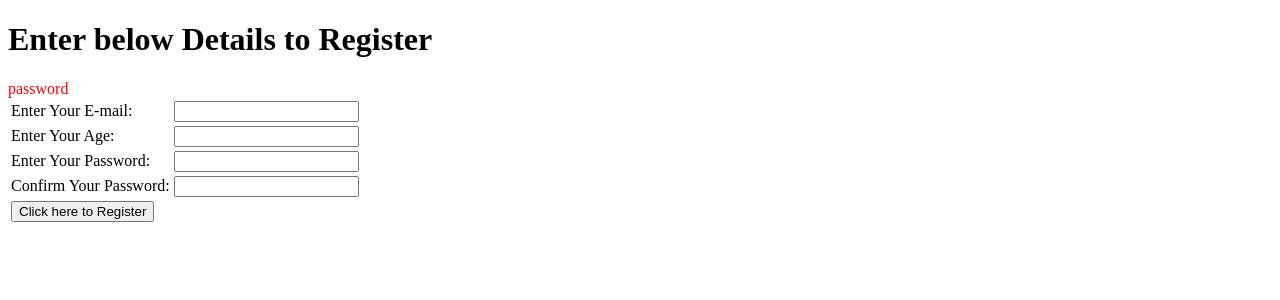
Repository: royalnavghans/JavaFullStackGit
Page: http://localhost/SpringAss2/WEB-INF/Register.jsp
An editor plug-in stored every save of this project. The page is shown before and after the next save, followed by the edit.
The browser window is 1280 px wide. The pictures show the whole page.
The page is served by Tomcat 9. Nobody is signed in. Other server files are loaded and not shown. The template is opened directly, without the code that normally fills it, so the values that code supplies are empty.

Above is the page before, as saved 2022-12-04 10:40:43.

### RoyalSpringProjects/RoyalSpringProjects/SpringAss2/src/main/webapp/WEB-INF/Register.jsp
<%@ page language="java" contentType="text/html; charset=ISO-8859-1"
	pageEncoding="ISO-8859-1"%>
<%@ taglib prefix="form" uri="http://www.springframework.org/tags/form"%>
<!DOCTYPE html>
<html>
<head>
<meta charset="ISO-8859-1">
<title>Insert title here</title>
</head>
<style type="text/css">
.error {
	color: red

}
.red{
color:red;}
</style>
<body>
	<h1>Enter below Details to Register</h1>
	<table>
		<tbody>
			<form:form action="validate" modelAttribute="cust">
				<tr>
					<td><form:label path="Email">Enter Your E-mail:</form:label></td>

					<td><form:input path="Email" /></td>
				</tr>
				<form:errors path="Email" cssClass="error" />
				<tr>
					<td><form:label path="Age">Enter Your Age:</form:label></td>

					<td><form:input path="Age" /></td>
				</tr>
				<form:errors path="Age" cssClass="error" />
				<tr>
					<td><form:label path="Password">Enter Your Password:</form:label></td>

					<td><form:input path="Password" /></td><span class="red">password</span>
				</tr>
				<form:errors path="Password" cssClass="error" />
				<tr>
					<td><form:label path="ConfrmPassword">Confirm Your Password: </form:label></td>

					<td><form:input path="ConfrmPassword" /></td>
				</tr>
				<form:errors path="ConfrmPassword" cssClass="error" />
				<tr>
					<td><input type="submit" value="Click here to Register"></td>
				</tr>
			</form:form>
		</tbody>
	</table>
</body>
</html>

After the next save:
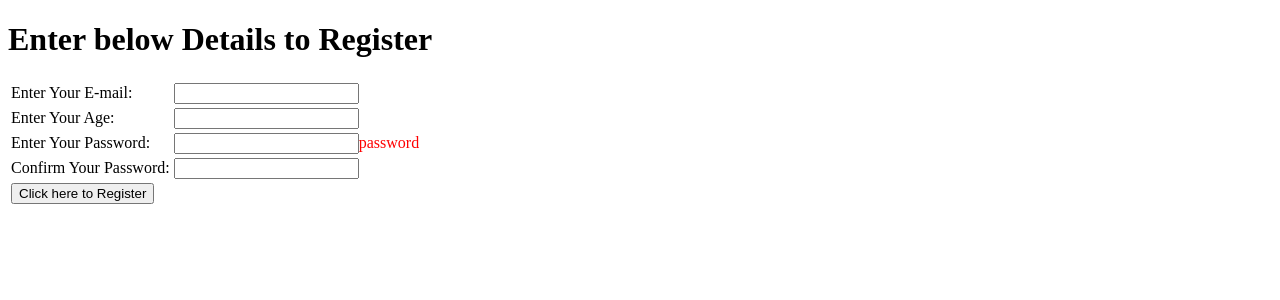
Saved 31 s later.
--- a/RoyalSpringProjects/RoyalSpringProjects/SpringAss2/src/main/webapp/WEB-INF/Register.jsp
+++ b/RoyalSpringProjects/RoyalSpringProjects/SpringAss2/src/main/webapp/WEB-INF/Register.jsp
@@ -35,7 +35,7 @@ color:red;}
 				<tr>
 					<td><form:label path="Password">Enter Your Password:</form:label></td>
 
-					<td><form:input path="Password" /></td><span class="red">password</span>
+					<td><form:input path="Password" /><span class="red">password</span></td>
 				</tr>
 				<form:errors path="Password" cssClass="error" />
 				<tr>
